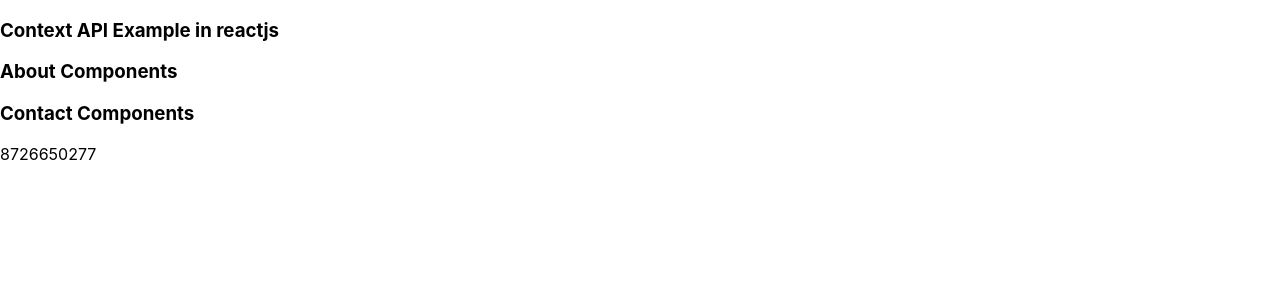
Repository: lalji-yadav/React-Context-API
Page: /a
These files come from the project's save history. The page is drawn as it stood at one moment and after the next save; the edit follows.
The browser window is 1280 px wide. The pictures show the whole page.
The project was rebuilt for these pictures with package versions that can differ from the ones it lists, and the page was loaded fresh each time. Also part of the build but not shown: src/App.css, src/components/C.js, src/components/A.js, src/components/D.js, src/components/B.js.

Above is the page before, as saved 2021-02-10 18:52:11.

After the next save:
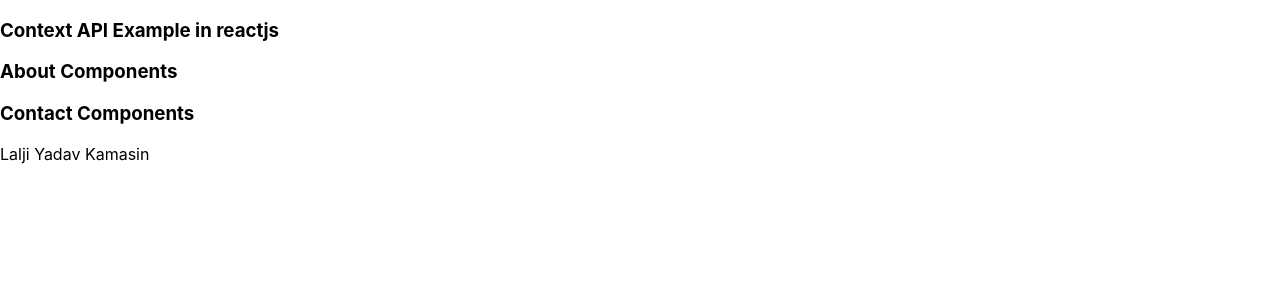
Saved 10 s later.
--- a/src/context/contact.js
+++ b/src/context/contact.js
@@ -7,7 +7,7 @@ class Contact extends Component {
             <div>
                 <h3> Contact Components </h3>
                 <ThemeContext.Consumer>
-                    {value=><p>{value.data.mob}</p>}
+                    {value=><p>{value.data.name}</p>}
                 </ThemeContext.Consumer>
             </div>
         );
